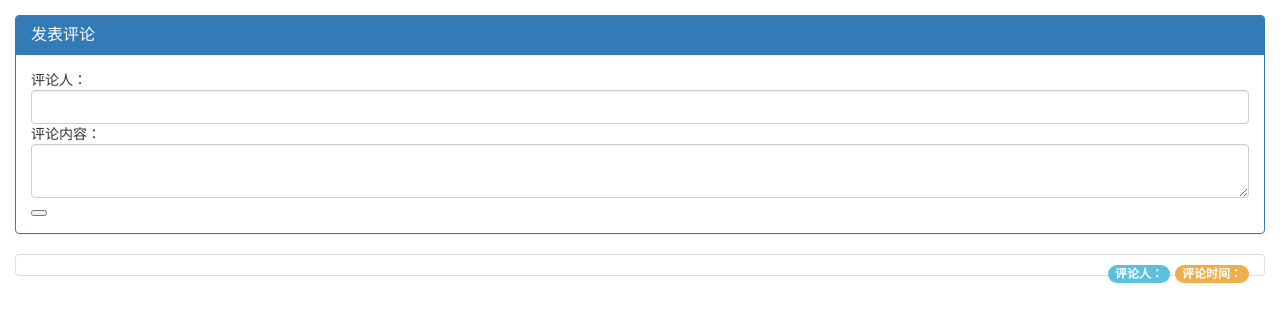
Repository: Bluesouls/eliauk.github.io
Page: Ajax学习笔记/day02/01案例-评论列表.html
The author's editor kept a copy of each file at every save. The page is drawn from the files as they stood at one save, then again after the next save.
The browser window is 1280 px wide. The pictures show the whole page.
The page's requests for data from a server got no answer.

Above is the page before, as saved 2022-04-30 16:46:46.

After the next save:
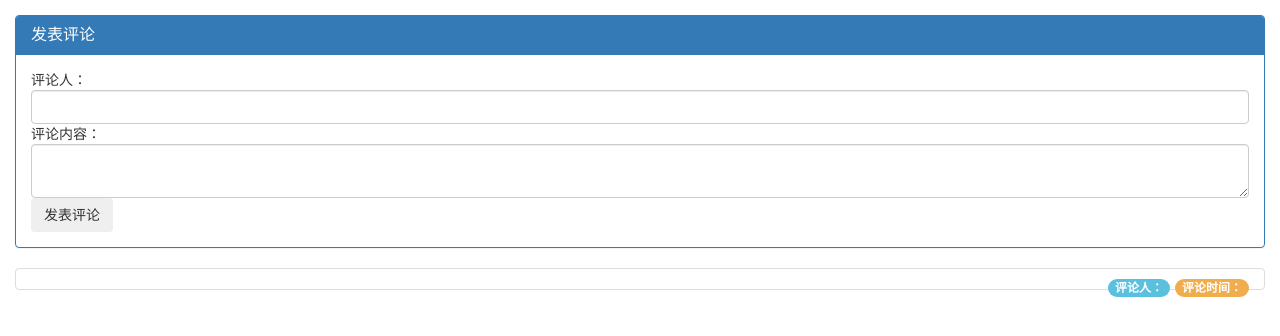
Saved 25 s later.
--- a/Ajax学习笔记/day02/01案例-评论列表.html
+++ b/Ajax学习笔记/day02/01案例-评论列表.html
@@ -23,7 +23,7 @@
       <input type="text" class="form-control">
       <div>评论内容：</div>
       <textarea class="form-control"></textarea>
-      <button></button>
+      <button class="btn primary">发表评论</button>
     </form>
   </div>
 
